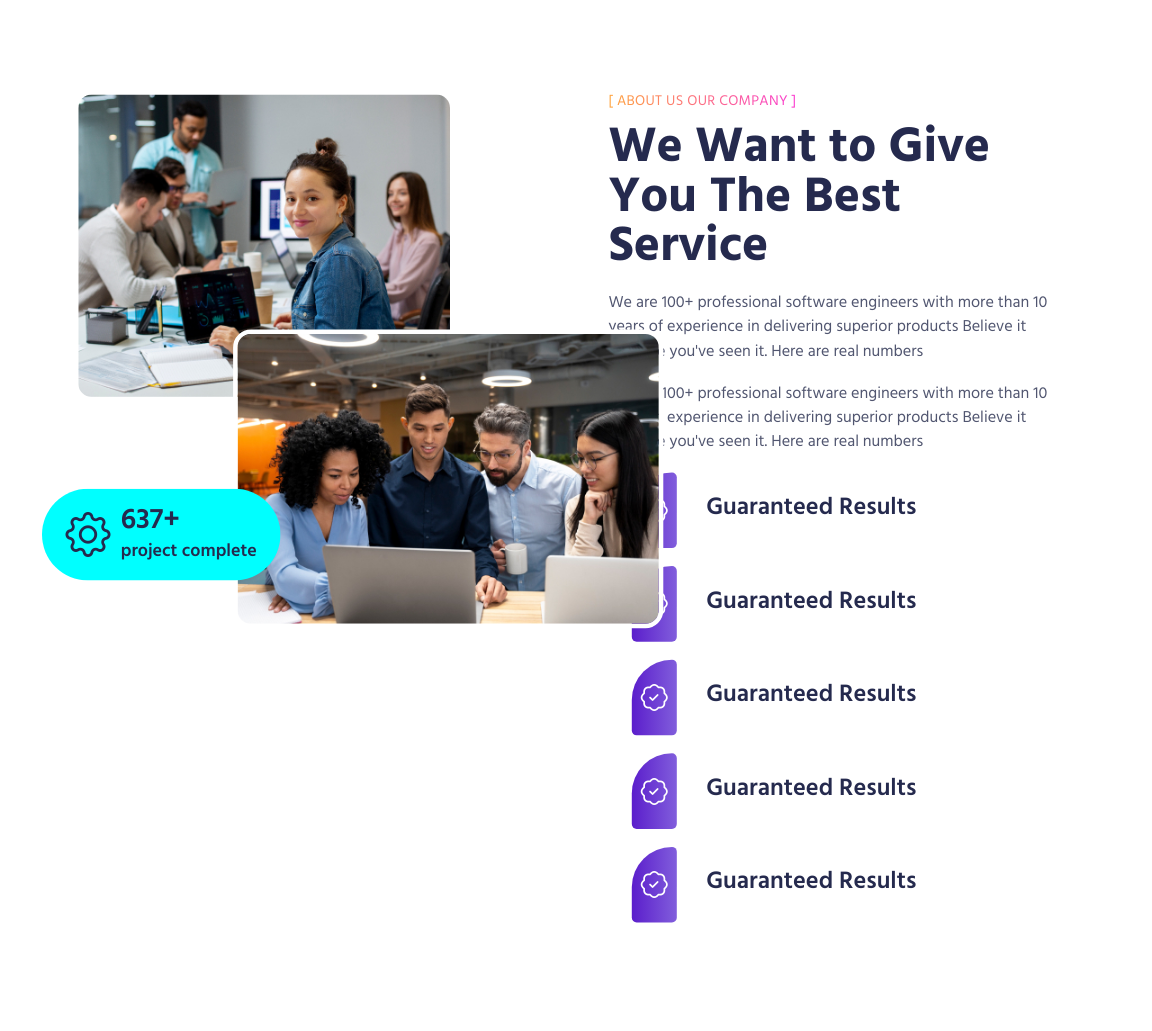
Repository: tagnam/mirehel2.0
Page: about.html
The author's editor kept a copy of each file at every save. The page is drawn from the files as they stood at one save, then again after the next save.
The browser window is 1280 px wide. The pictures show the whole page, at 90% of full size.

Above is the page before, as saved 2025-02-03 12:27:13.

After the next save:
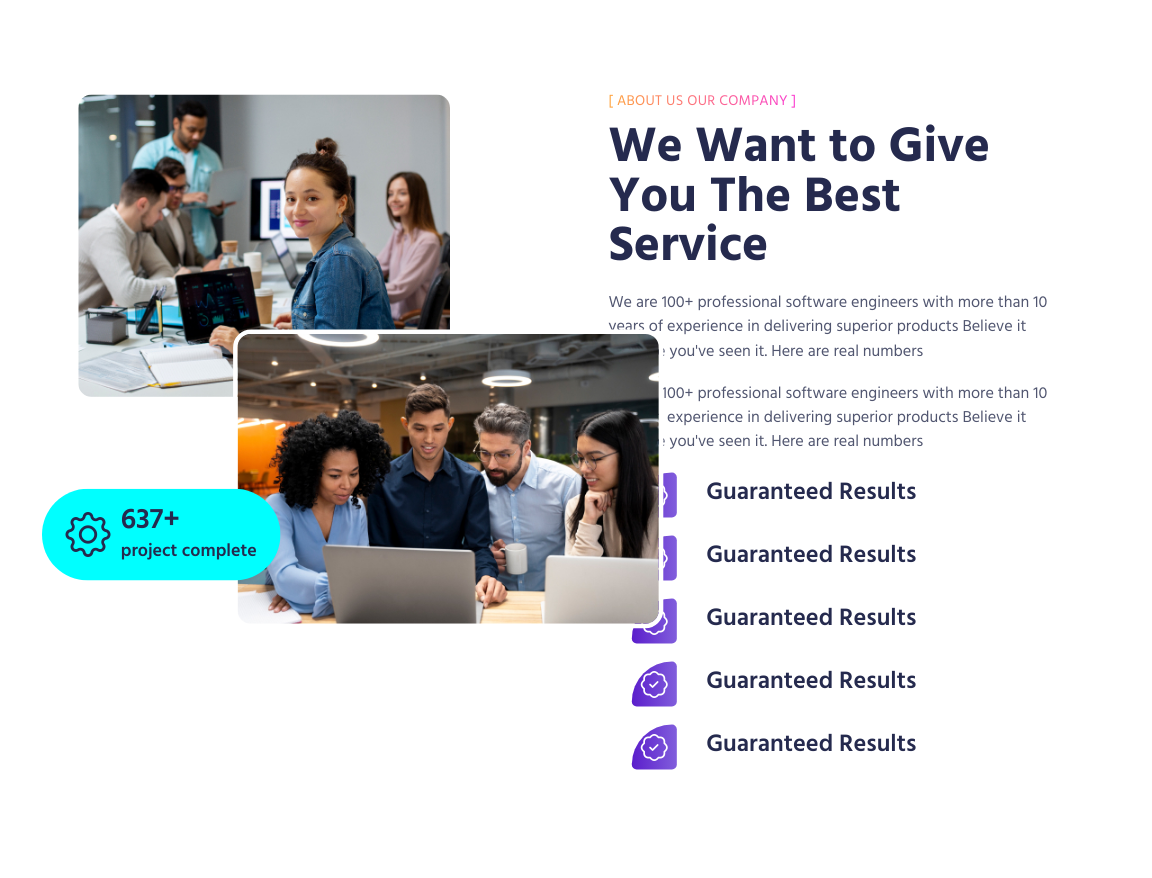
Saved 4 s later.
--- a/style/css/style.css
+++ b/style/css/style.css
@@ -189,7 +189,7 @@ section{
     align-items: center;
     background-color:var(--secondary-color);
     width: 50px;
-    height: 84px;
+    height: 50px;
     background: linear-gradient(90deg, #5A1CCB -2.17%, #815EDC 100%);
     border-radius: 50px 6px 6px 6px;
 }
